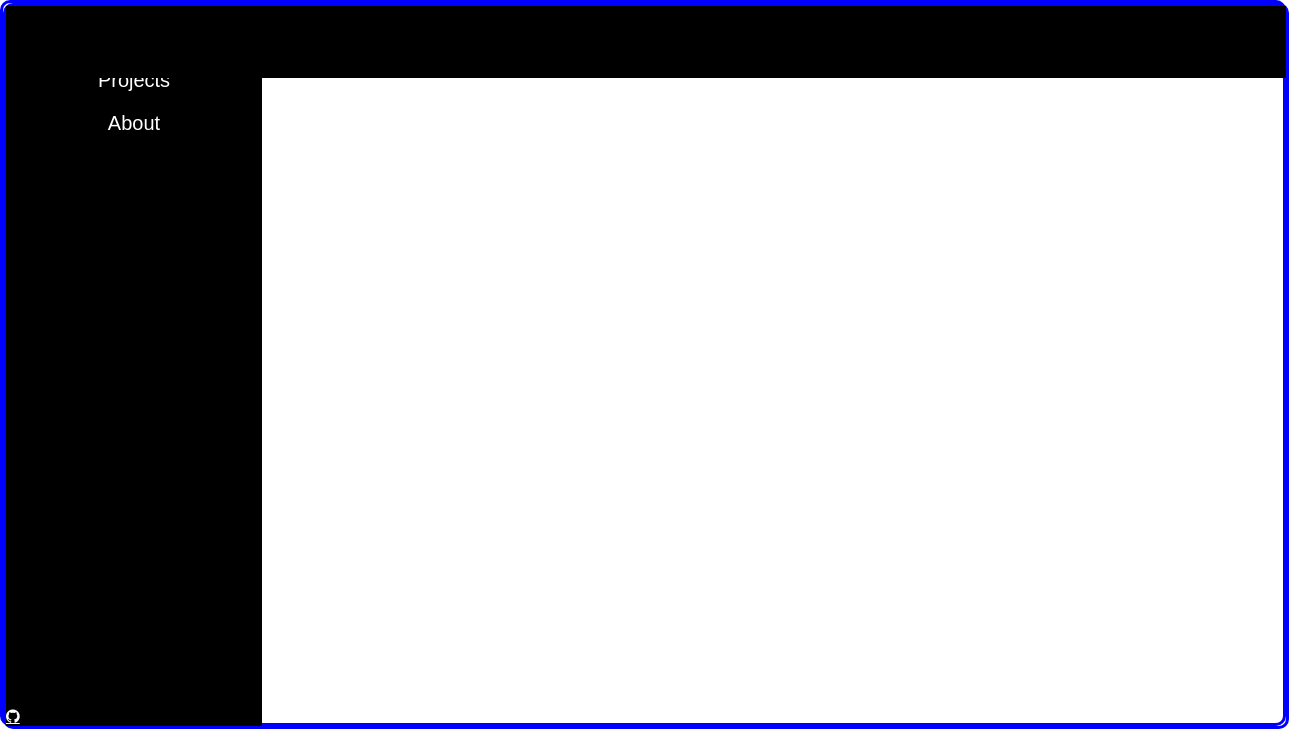
Repository: josephinel6/josephinel6.github.io
Page: index.html
The author's editor kept a copy of each file at every save. The page is drawn from the files as they stood at one save, then again after the next save.
The browser window is 1280 px wide. The page is 1289 px wide, so the pictures cover 1289 px, including what lies to the right of the window. The pictures show the whole page.

Above is the page before, as saved 2023-04-04 10:47:22.

After the next save:
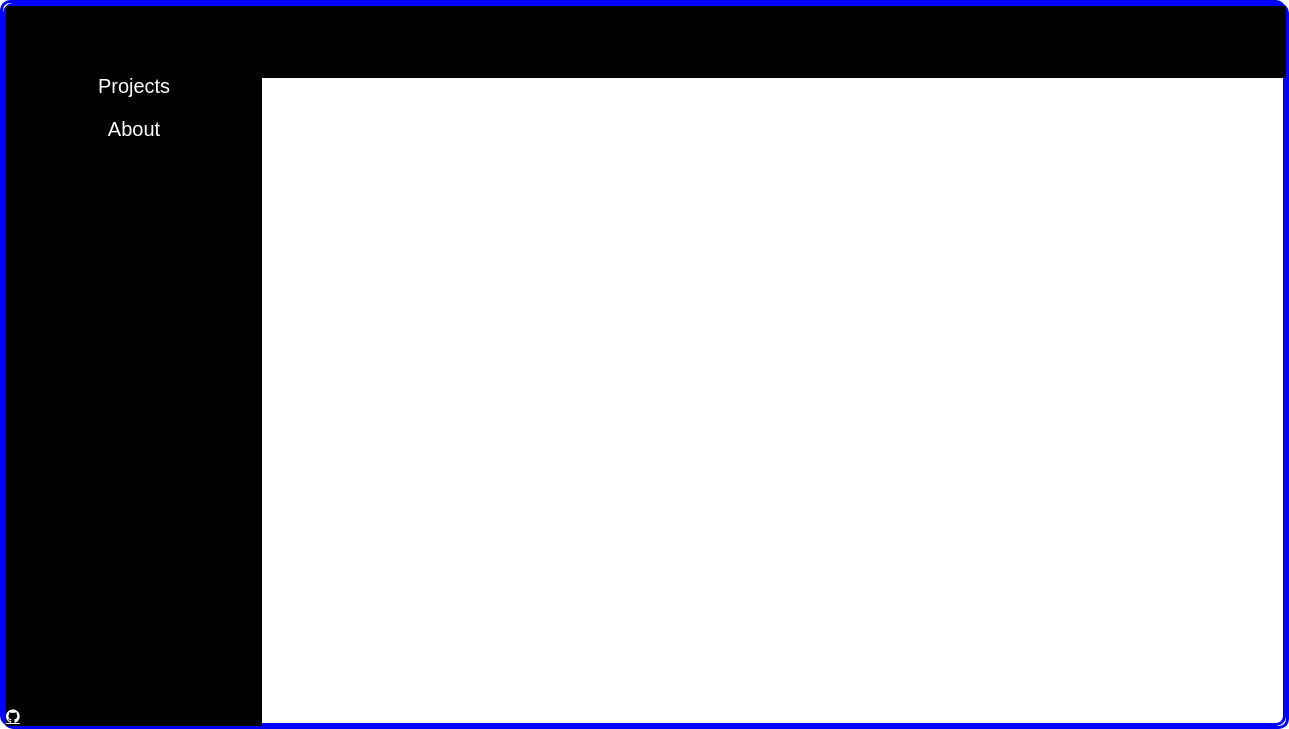
Saved 14 s later.
--- a/index.html
+++ b/index.html
@@ -61,7 +61,7 @@
 
 <body>
     <div id="menu">
-        <div>
+        <div style="margin-top: 10%">
             <CENTER>
                 <p class="menutext"> Home </p>
                 <p class="menutext"> Projects </p>
